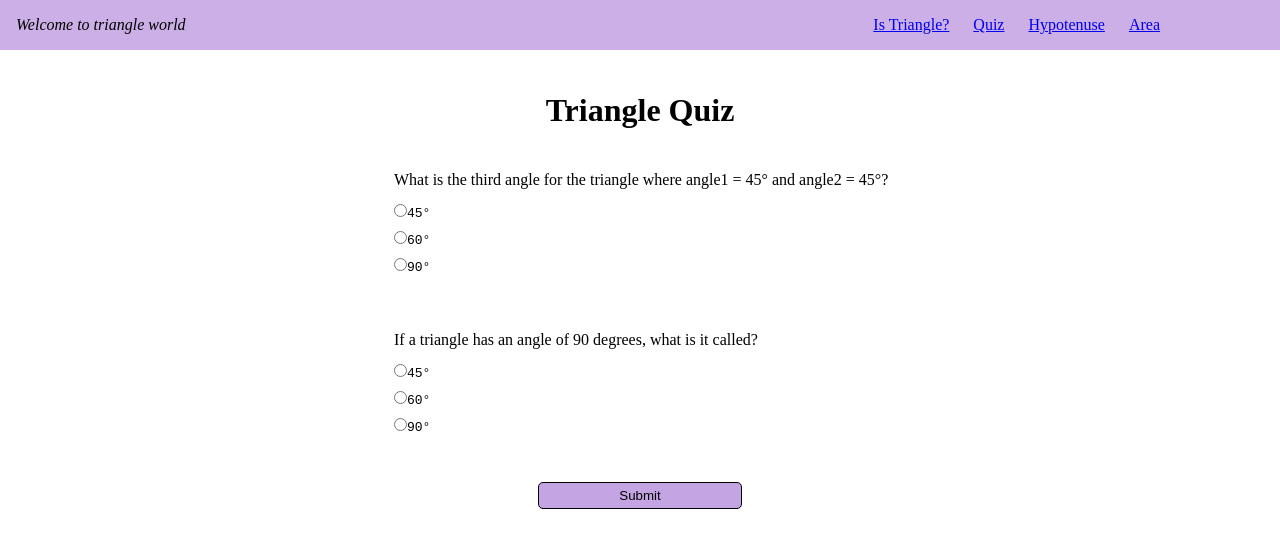
Repository: patelamancode/Fun-with-trianles
Page: quiz.html
An editor plug-in stored every save of this project. The page is shown before and after the next save, followed by the edit.
The browser window is 1280 px wide. The pictures show the whole page.

Above is the page before, as saved 2022-11-28 19:48:46.

### quiz.html
<!DOCTYPE html>
<html lang="en">

<head>
    <meta charset="UTF-8">
    <meta http-equiv="X-UA-Compatible" content="IE=edge">
    <meta name="viewport" content="width=device-width, initial-scale=1.0">
    <link rel="stylesheet" href="index.css">
    <title>Quiz-page</title>
</head>

<body>
    <nav id="navbar">
        <p id="nav-title">Welcome to triangle world</p>
        <div id="nav-links">
            <a href="index.html" id="Is-triangle">Is Triangle?</a>
            <a href="quiz.html" id="quiz">Quiz</a>
            <a href="hypotenuse.html" id="hypo">Hypotenuse</a>
            <a href="area.html" id="area">Area</a>
        </div>
    </nav>
    <div id="main-container">
        <h1>Triangle Quiz</h1>
        <form class="questions-container">
            <div class="question-container">
                <p>What is the third angle for the triangle where angle1 = 45° and angle2 = 45°?</p>
                <label for="value1" class="quiz-option"><input type="radio" name="question1" value="45°" />45°</label>
                <label for="value2" class="quiz-option"><input type="radio" name="question1" value="60°"/>60°</label>
                <label for="value3" class="quiz-option"><input type="radio" name="question1" value="90°"/>90°</label>
            </div>
            <div class="question-container">
                <p>If a triangle has an angle of 90 degrees, what is it called?</p>
                <label for="value1" class="quiz-option"><input type="radio" name="question2" />45°</label>
                <label for="value2" class="quiz-option"><input type="radio" name="question2" />60°</label>
                <label for="value3" class="quiz-option"><input type="radio" name="question2" />90°</label>
            </div>
        </form>
        <button id="submit-btn">Submit</button>
        <h2 id="result-display"></h2>
    </div>
    <script src="quiz.js"></script>
</body>

</html>

### index.css
* {
  margin: 0;
  padding: 0;
}

#navbar {
  background-color: rgba(143, 82, 201, 0.459);
  display: flex;
  flex-direction: row;
  justify-content: space-between;
  padding: 1rem;
}
#nav-title {
  font-style: italic;
  font-weight: 300;
  font-size: medium;
}
#nav-links {
  display: flex;
  flex-direction: row;
  justify-content: space-around;
  margin-right: 5rem;
}

#nav-links a {
    display: flex;
    margin-right: 1.5rem;
    cursor: pointer;
}

#main-container {
  display: flex;
  flex-direction: column;
  width: 40vw;
  margin: auto;
  margin-top: 2rem;
  padding: 10px;
  text-align: center;
}

.app-title {
  margin: 2rem 0 0 0;
}

#error-check-for-angles{
  background-color: yellow;
  display: none;
  padding: 0.5rem;
}

label {
  margin-top: 2rem;
  margin-bottom: 0.3rem;
  text-align: left;
  font-family: monospace;
}
input {
  border: 2px solid rgb(134, 55, 207);
  border-radius: 5px;
  padding: 5px;
}

/* For Quiz page */

.question-container{
  display: flex;
  flex-direction: column;
  width: 50vw;
  margin: auto;
  padding: 10px;

}
.question-container p{
  text-align: left;
  margin-top: 2rem;
  padding-bottom: 10px;
}
.question-container .quiz-option{
  margin-top: 5px;
}



#check-btn, #submit-btn {
  margin: auto;
  text-align: center;
  margin-top: 2rem;
  width: 40%;
  padding: 5px 0px;
  background-color: rgba(143, 82, 201, 0.521);
  border: 1px solid;
  border-radius: 5px;
}
#result-display {
    display: none;
    padding-top: 1rem;
    font-style: italic;
    margin: auto;
  }

Loaded but not shown: quiz.js (no stored copy; drawn as an empty file)

After the next save:
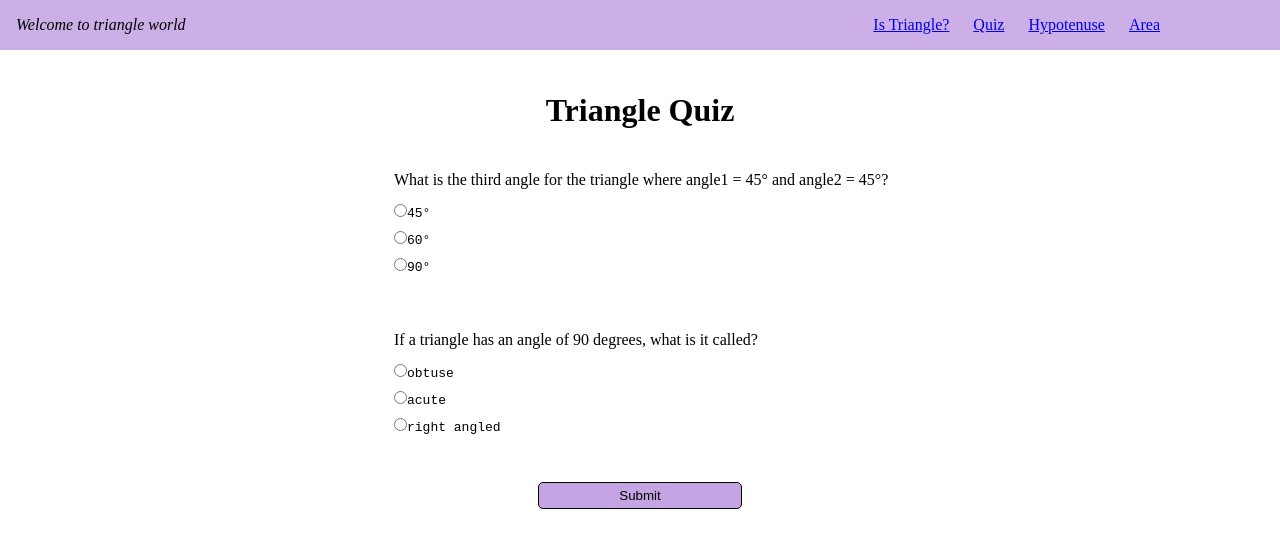
Saved 87 s later.
--- a/quiz.html
+++ b/quiz.html
@@ -30,9 +30,9 @@
             </div>
             <div class="question-container">
                 <p>If a triangle has an angle of 90 degrees, what is it called?</p>
-                <label for="value1" class="quiz-option"><input type="radio" name="question2" />45°</label>
-                <label for="value2" class="quiz-option"><input type="radio" name="question2" />60°</label>
-                <label for="value3" class="quiz-option"><input type="radio" name="question2" />90°</label>
+                <label for="value1" class="quiz-option"><input type="radio" name="question2" value="obtuse"/>obtuse</label>
+                <label for="value2" class="quiz-option"><input type="radio" name="question2" value="acute"/>acute</label>
+                <label for="value3" class="quiz-option"><input type="radio" name="question2" value="right angled"/>right angled</label>
             </div>
         </form>
         <button id="submit-btn">Submit</button>
